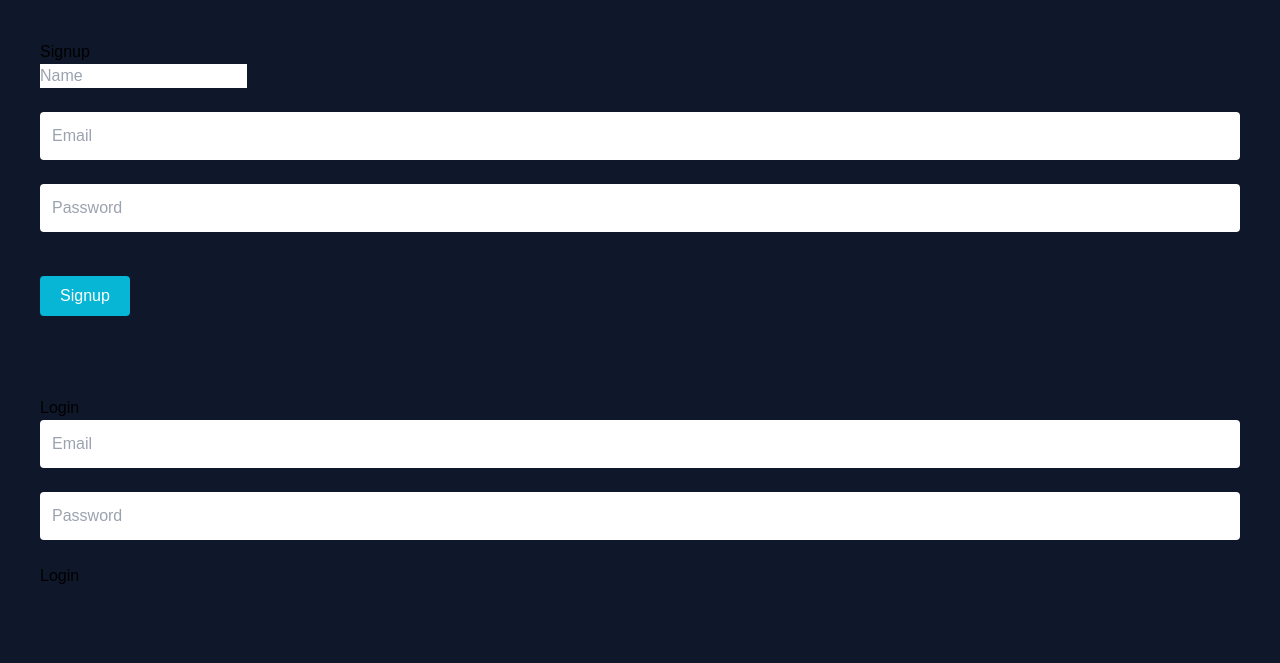
Repository: codelearnAayush/AI-Security-Monitoring-Platform
Page: / (app in frontend/)
These files come from the project's save history. The page is drawn as it stood at one moment and after the next save; the edit follows.
The browser window is 1280 px wide. The pictures show the whole page.
The project was rebuilt for these pictures with package versions that can differ from the ones it lists, and the page was loaded fresh each time. Also part of the build but not shown: frontend/vite.config.js, frontend/src/services/api.js, frontend/src/components/ThreatCard.jsx, frontend/src/components/UrlScanner.jsx, frontend/src/components/Dashboard.jsx.

Above is the page before, as saved 2026-05-28 14:54:32.

### frontend/src/App.jsx
import Login from './pages/Login'
import Signup from './pages/Signup'
import Dashboard from './components/Dashboard'

function App() {

    const token = localStorage.getItem('token')

    return (

        <div>

            {
                token ? (

                    <Dashboard />

                ) : (

                    <div>

                        <Signup />

                        <Login />

                    </div>
                )
            }

        </div>
    )
}

export default App

### frontend/src/index.css
@tailwind base;
@tailwind components;
@tailwind utilities;

body {
    background-color: #0f172a;
    /* color: white; */
    font-family: Arial, sans-serif;
}

### frontend/src/pages/Login.jsx
import { useState } from 'react'
import axios from 'axios'

function Login() {

    const [email, setEmail] = useState('')
    const [password, setPassword] = useState('')

   const handleLogin = async () => {

    try {

        const res = await axios.post(
            'http://localhost:5000/login',
            {
                email,
                password
            }
        )

        localStorage.setItem(
            'token',
            res.data.token
        )

        alert('Login Successful')

        window.location.reload()

    } catch (error) {

        alert('Login Failed')
    }
}

    return (

        <div style={{ padding: '40px' }}>

            <h1>Login</h1>

           <input
    type="text"
    placeholder="Email"
    onChange={(e) => setEmail(e.target.value)}
    className="w-full p-3 rounded bg-white text-black"
/>
            <br /><br />

           <input
    type="password"
    placeholder="Password"
    onChange={(e) => setPassword(e.target.value)}
    className="w-full p-3 rounded bg-white text-black"
/>

            <br /><br />

            <button onClick={handleLogin}>
                Login
            </button>

        </div>
    )
}

export default Login

### frontend/src/pages/Signup.jsx
import { useState } from 'react'
import axios from 'axios'

function Signup() {

    const [name, setName] = useState('')
    const [email, setEmail] = useState('')
    const [password, setPassword] = useState('')
const handleSignup = async () => {

    try {

        await axios.post(
            'http://localhost:5000/signup',
            {
                name,
                email,
                password
            }
        )

        alert('Signup Successful')

    } catch (error) {

        alert('Signup Failed')
    }
}

    return (

        <div style={{ padding: '40px' }}>

            <h1>Signup</h1>

            <input
                placeholder="Name"
                onChange={(e) => setName(e.target.value)}
            />

            <br /><br />

            <input
    type="text"
    placeholder="Email"
    onChange={(e) => setEmail(e.target.value)}
    className="w-full p-3 rounded bg-white text-black"
/>

            <br /><br />

            <input
    type="password"
    placeholder="Password"
    onChange={(e) => setPassword(e.target.value)}
    className="w-full p-3 rounded bg-white text-black"
/>

            <br /><br />

            <button
    onClick={handleSignup}
    className="bg-cyan-500 text-white px-5 py-2 rounded mt-5"
>
    Signup
</button>

        </div>
    )
}

export default Signup

### frontend/tailwind.config.js
/** @type {import('tailwindcss').Config} */
export default {

  content: [
    "./index.html",
    "./src/**/*.{js,ts,jsx,tsx}",
  ],

  theme: {
    extend: {},
  },

  plugins: [],
}

Loaded but not shown: frontend/src/main.jsx (common file)

After the next save:
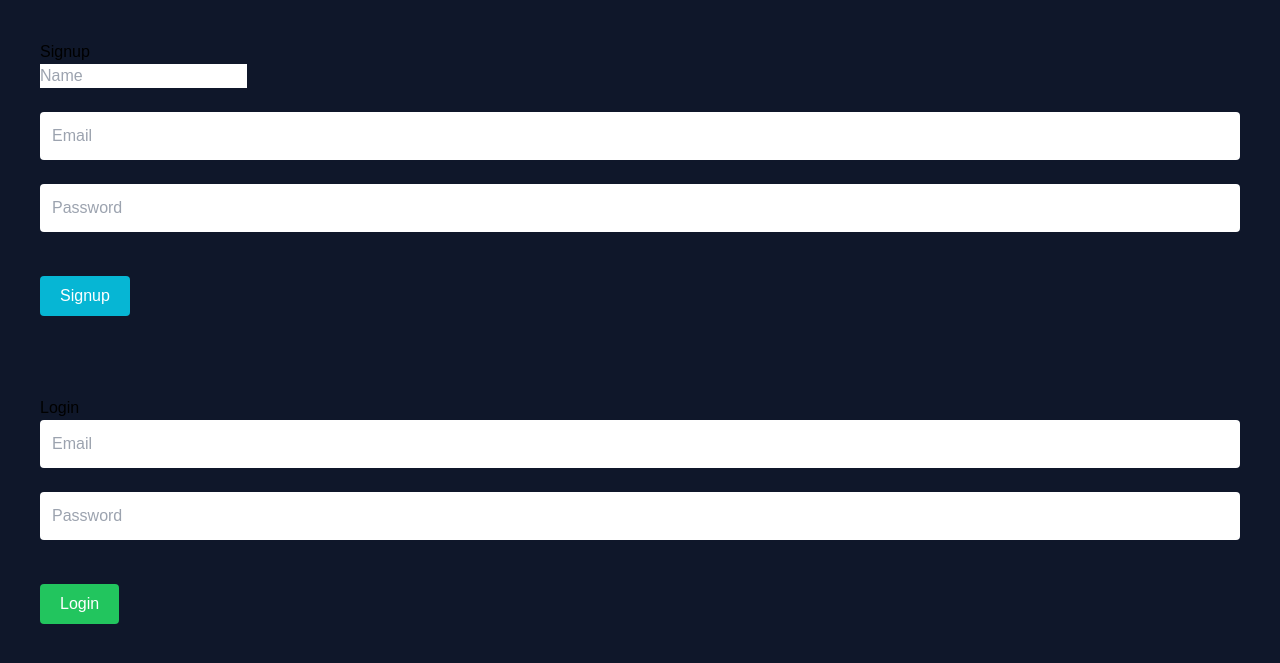
Saved 14 s later.
--- a/frontend/src/pages/Login.jsx
+++ b/frontend/src/pages/Login.jsx
@@ -56,9 +56,12 @@ function Login() {
 
             <br /><br />
 
-            <button onClick={handleLogin}>
-                Login
-            </button>
+           <button
+    onClick={handleLogin}
+    className="bg-green-500 text-white px-5 py-2 rounded mt-5"
+>
+    Login
+</button>
 
         </div>
     )
